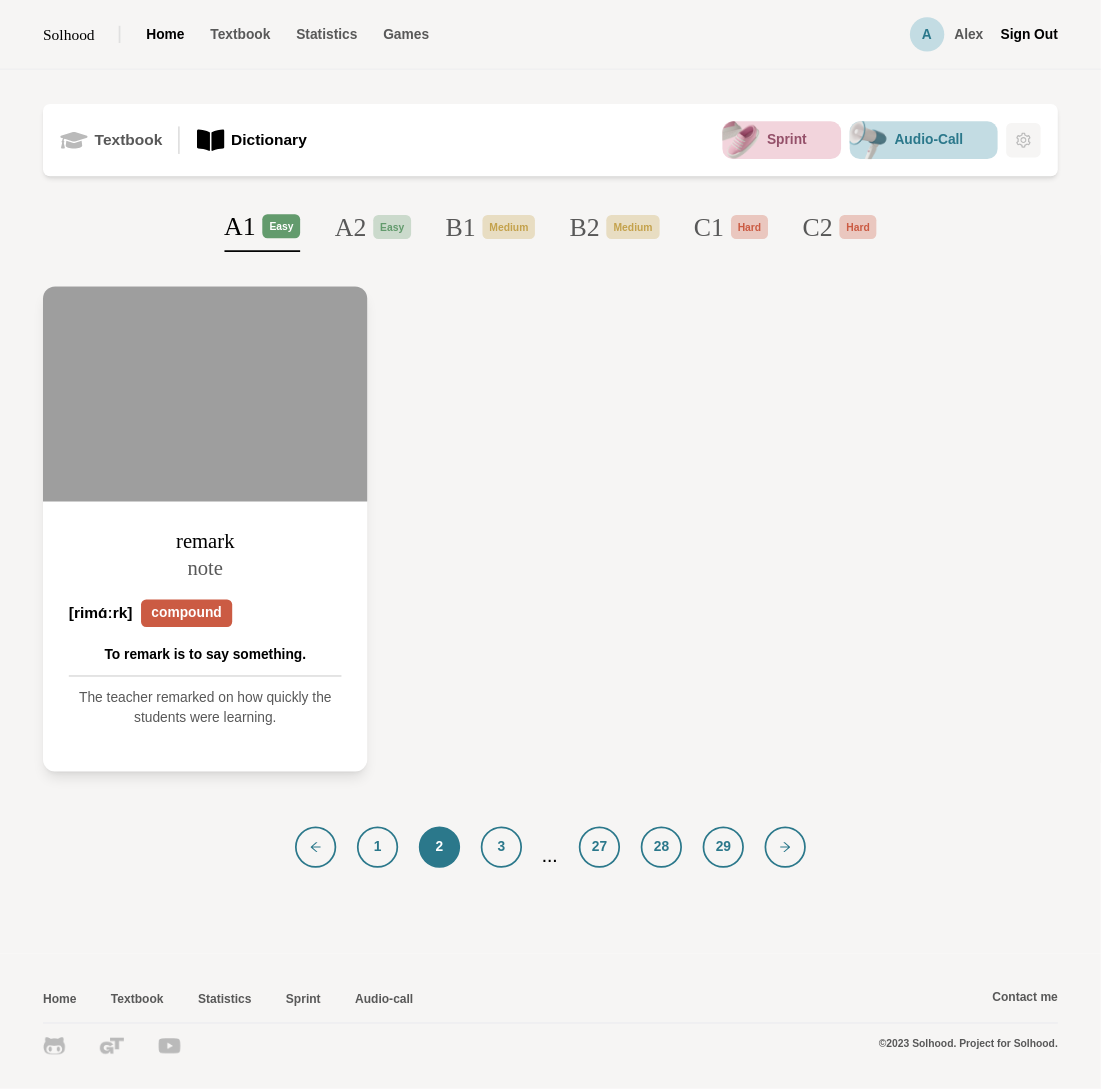
Repository: haudnn/solhood
Page: /textbook
The author's editor kept a copy of each file at every save. The page is drawn from the files as they stood at one save, then again after the next save.
The browser window is 1280 px wide. The pictures show the whole page, at 86% of full size.
Pictures or frames that could not be fetched are drawn as grey boxes. The project was rebuilt for these pictures with package versions that can differ from the ones it lists, and the page was loaded fresh each time. Also part of the build but not shown: src/pages/Home.tsx, src/pages/sprint/Sprint.tsx, src/pages/sprint/Game.tsx, src/pages/sprint/Result.tsx, src/pages/audio/Audio.tsx, src/pages/audio/Game.tsx, src/pages/audio/Result.tsx, src/pages/statistics/Statistics.tsx.

Above is the page before, as saved 2023-01-11 11:38:29.

After the next save:
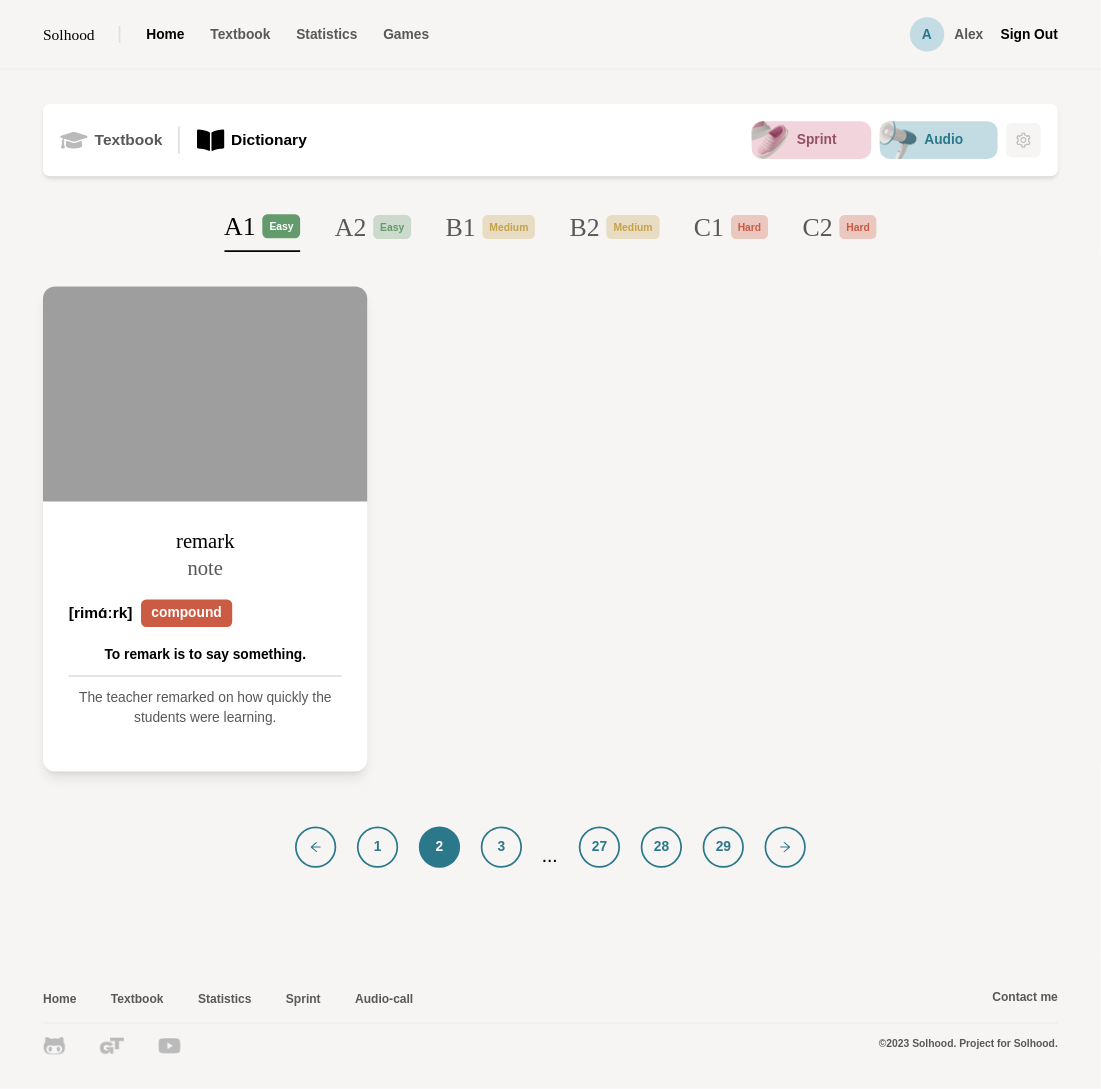
Saved 5 s later.
--- a/src/pages/textbook/TextBook.tsx
+++ b/src/pages/textbook/TextBook.tsx
@@ -70,7 +70,7 @@
                   <div className="flex items-center justify-start cursor-pointer md:pr-10 rounded-xl gap-x-2 bg-cyanlight">
                     <img src={textbookAudio} alt="" className="object-cover" />
                     <span className="text-sm font-bold md:text-base text-cyandark">
-                      Audio-Call
+                      Audio
                     </span>
                   </div>
                   <div

After the 4 saves that followed:
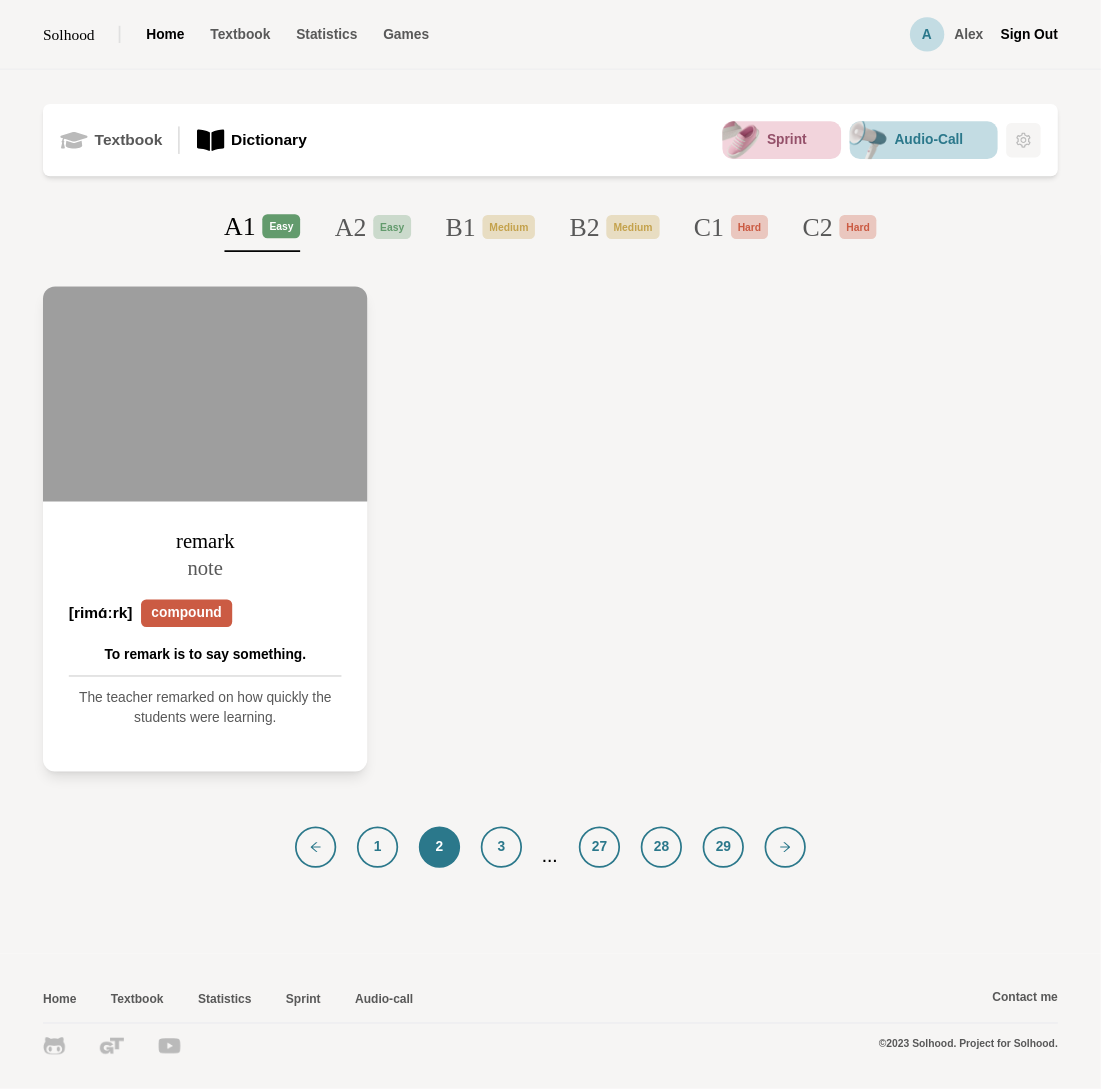
The 4 saves are shown as one change because 3 left the picture as it was.
The last was saved 59 s later.
--- a/src/pages/textbook/TextBook.tsx
+++ b/src/pages/textbook/TextBook.tsx
@@ -57,7 +57,7 @@
                   ref={ref}
                   className="mt-3 md:mt-0 flex items-center md:justify-end w-full h-full gap-x-[10px] relative "
                 >
-                  <div className="flex items-center justify-start pr-5 cursor-pointer md:pr-10 rounded-xl gap-x-2 bg-pinklight">
+                  <div className="flex items-center justify-start pr-10 cursor-pointer rounded-xl gap-x-2 bg-pinklight">
                     <img
                       src={textbookSneaker}
                       alt=""
@@ -67,10 +67,10 @@
                       Sprint
                     </span>
                   </div>
-                  <div className="flex items-center justify-start cursor-pointer md:pr-10 rounded-xl gap-x-2 bg-cyanlight">
+                  <div className="flex items-center justify-start pr-10 cursor-pointer rounded-xl gap-x-2 bg-cyanlight">
                     <img src={textbookAudio} alt="" className="object-cover" />
                     <span className="text-sm font-bold md:text-base text-cyandark">
-                      Audio
+                      Audio-Call
                     </span>
                   </div>
                   <div
